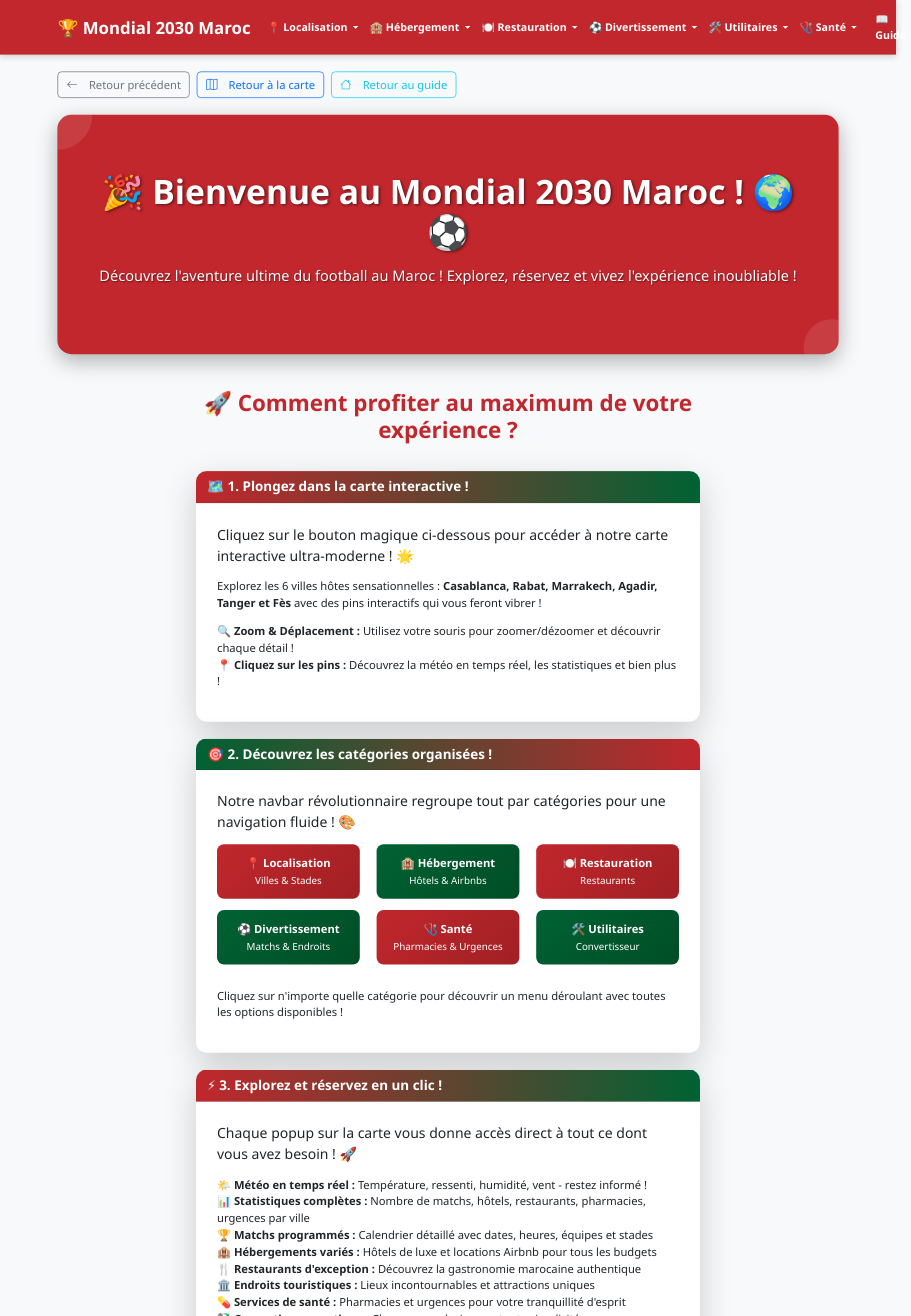
Repository: syrine120/Mondial-2030-Maroc
Page: http://localhost/guide
The author's editor kept a copy of each file at every save. The page is drawn from the files as they stood at one save, then again after the next save.
The browser window is 1280 px wide. The page is 1302 px wide, so the pictures cover 1302 px, including what lies to the right of the window. The pictures show the part of the page from y = 0 to 1880 px (the page is 2632 px tall before and 2594 px after), at 70% of full size.
The page is served by the project's Laravel application, run on PHP 8.4 with Laravel 12.

Above is the page before, as saved 2026-01-05 21:10:38.

After the next save:
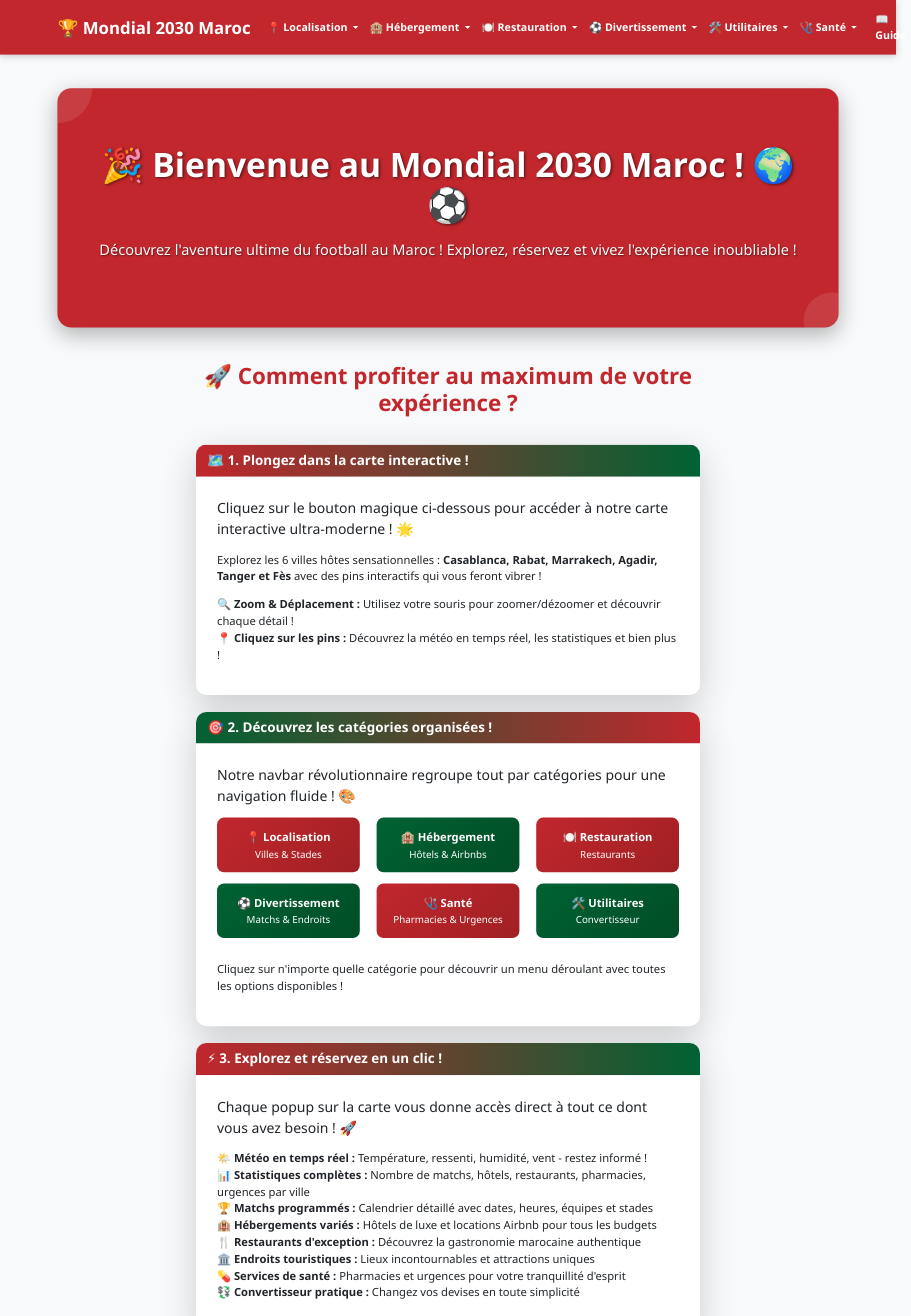
Saved 2 min 4 s later.
--- a/resources/views/layouts/app.blade.php
+++ b/resources/views/layouts/app.blade.php
@@ -384,30 +384,21 @@ function googleTranslateElementInit() {
     if (currentPath === '/') {
       // Page Guide : AUCUN bouton
       returnButtonsDiv.classList.remove('show');
-    } else if (currentPath === '/carte') {
-      // Page Carte : 1 SEUL bouton "Retour au guide"
+    } else if (currentPath === '/guide') {
+      // Page Guide : AUCUN bouton
+      returnButtonsDiv.classList.remove('show');
+    } else {
+      // Pages Ressources (villes, hôtels, etc.) : 2 BOUTONS
       buttonsHTML = `
-        <a href="{{ route('home') }}" class="btn btn-outline-info btn-return">
-          <i class="bi bi-house me-2"></i> Retour au guide
+        <button onclick="window.history.back()" class="btn btn-outline-secondary btn-return">
+          <i class="bi bi-arrow-left me-2"></i> Retour précédent
+        </button>
+        <a href="{{ route('home') }}" class="btn btn-outline-primary btn-return">
+          <i class="bi bi-map me-2"></i> Retour à la carte
         </a>
       `;
       returnButtonsDiv.innerHTML = buttonsHTML;
       returnButtonsDiv.classList.add('show');
-    } else {
-      // Pages Ressources (villes, hôtels, etc.) : 3 BOUTONS
-      buttonsHTML = `
-        <button onclick="window.history.back()" class="btn btn-outline-secondary btn-return">
-          <i class="bi bi-arrow-left me-2"></i> Retour précédent
-        </button>
-        <a href="{{ route('carte') }}" class="btn btn-outline-primary btn-return">
-          <i class="bi bi-map me-2"></i> Retour à la carte
-        </a>
-        <a href="{{ route('home') }}" class="btn btn-outline-info btn-return">
-          <i class="bi bi-house me-2"></i> Retour au guide
-        </a>
-      `;
-      returnButtonsDiv.innerHTML = buttonsHTML;
-      returnButtonsDiv.classList.add('show');
     }
   });
 </script>
